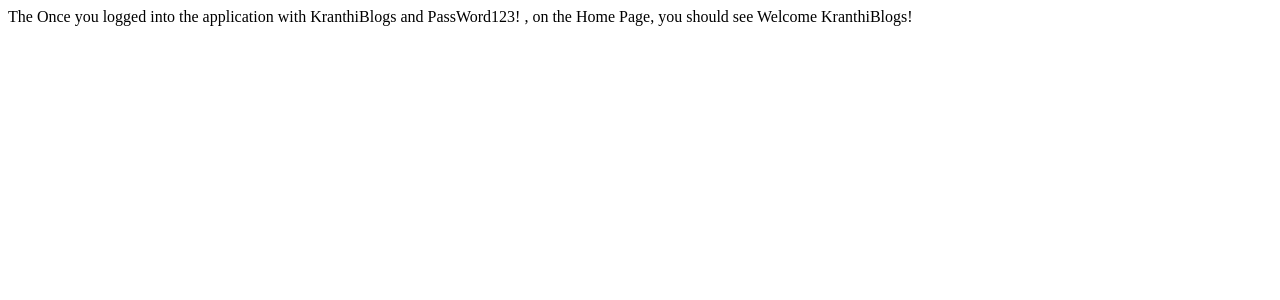
Repository: kasthurikranthikumar/concordion
Page: concordion/automation/src/test/java/org/concordion/automation/HelloConcordion.html
These files come from the project's save history. The page is drawn as it stood at one moment and after the next save; the edit follows.
The browser window is 1280 px wide. The pictures show the whole page.

Above is the page before, as saved 2016-07-21 10:51:13.

After the next save:
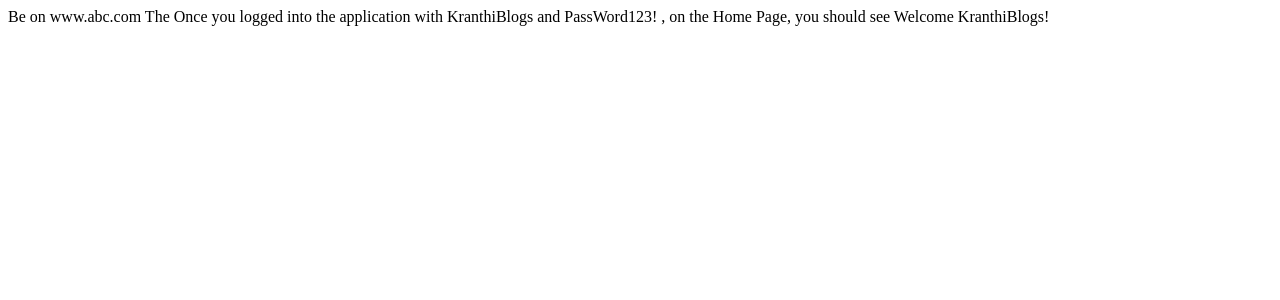
Saved 2 min 54 s later.
--- a/concordion/automation/src/test/java/org/concordion/automation/HelloConcordion.html
+++ b/concordion/automation/src/test/java/org/concordion/automation/HelloConcordion.html
@@ -1,7 +1,7 @@
 <html xmlns:concordion="http://www.concordion.org/2007/concordion">
     <body>
         <p>
-            The Once you logged into the application with <span concordion:set="#userName">KranthiBlogs</span> and
+            Be on www.abc.com The Once you logged into the application with <span concordion:set="#userName">KranthiBlogs</span> and
             <span concordion:set="#passWord">PassWord123!</span> , on the Home Page, you should see
             <span concordion:assertEquals="getHomePageWelcomeMessage(#userName, #passWord)">Welcome KranthiBlogs!</span>
         </p>

After the save that followed:
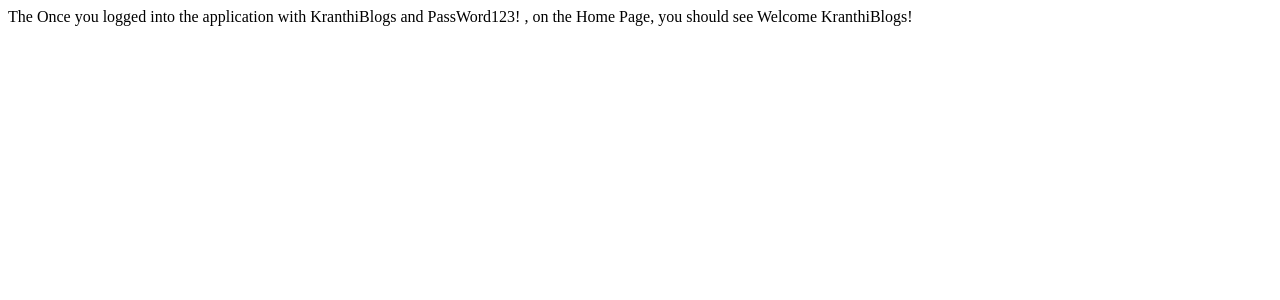
Saved 11 s later.
--- a/concordion/automation/src/test/java/org/concordion/automation/HelloConcordion.html
+++ b/concordion/automation/src/test/java/org/concordion/automation/HelloConcordion.html
@@ -1,7 +1,7 @@
 <html xmlns:concordion="http://www.concordion.org/2007/concordion">
     <body>
         <p>
-            Be on www.abc.com The Once you logged into the application with <span concordion:set="#userName">KranthiBlogs</span> and
+            The Once you logged into the application with <span concordion:set="#userName">KranthiBlogs</span> and
             <span concordion:set="#passWord">PassWord123!</span> , on the Home Page, you should see
             <span concordion:assertEquals="getHomePageWelcomeMessage(#userName, #passWord)">Welcome KranthiBlogs!</span>
         </p>
